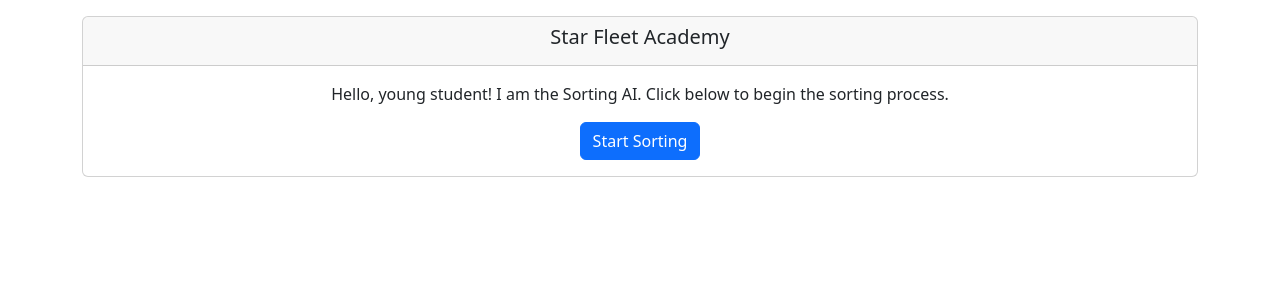
Repository: PaulPatterson48/ASSIGNMENT-StarFleet_academy
Page: index.html
These files come from the project's save history. The page is drawn as it stood at one moment and after the next save; the edit follows.
The browser window is 1280 px wide. The pictures show the whole page.

Above is the page before, as saved 2023-08-06 21:34:06.
Console error: TypeError: Cannot read properties of null (reading 'addEventListener')

After the next save:
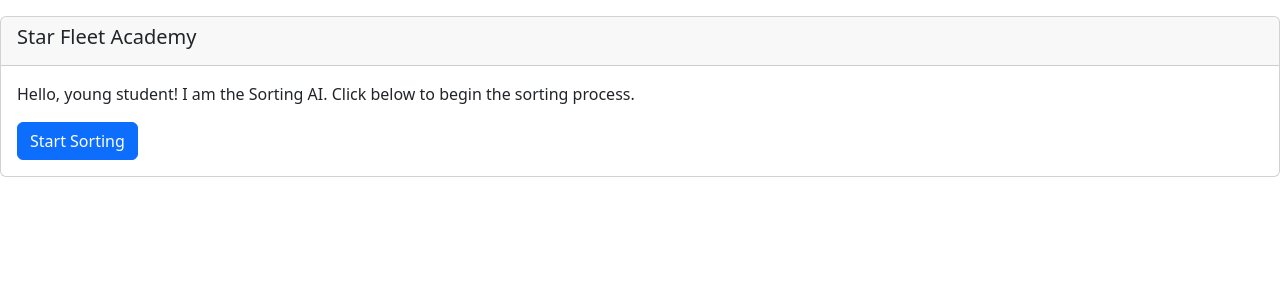
Saved 3 s later.
--- a/index.html
+++ b/index.html
@@ -9,9 +9,8 @@
 </head>
 <body>
   <div id="btnRow" class="d-flex justify-content-between mb-3 btnRow"></div>
-  <div class="container">
 
-    <div id="sortingCadetCard" class="card text-center">
+    <div class="card" id="sortingCadetCard" class="card text-center">
       <div class="card-header">
         <h5>Star Fleet Academy</h5>
         <div id="filterContainer"></div>
